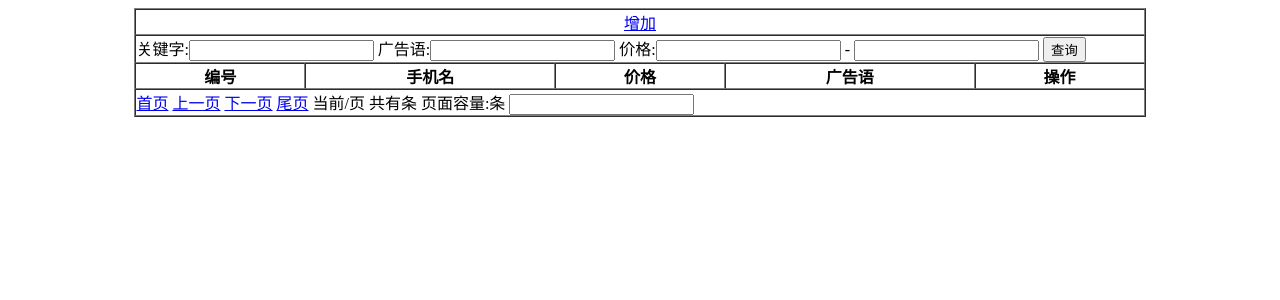
Repository: qyl1006/JavaCode
Page: http://localhost/task/WEB-INF/views/product/list.jsp
These files come from the project's save history. The page is drawn as it stood at one moment and after the next save; the edit follows.
The browser window is 1280 px wide. The pictures show the whole page.
The page is served by Tomcat 9. Nobody is signed in. Other server files are loaded and not shown. The template is opened directly, without the code that normally fills it, so the values that code supplies are empty.

Above is the page before, as saved 2018-03-14 10:33:19.

### workspace/task/webapp/WEB-INF/views/product/list.jsp
<%@ page language="java" contentType="text/html; charset=UTF-8"
    pageEncoding="UTF-8"%>
<!DOCTYPE html PUBLIC "-//W3C//DTD HTML 4.01 Transitional//EN" "http://www.w3.org/TR/html4/loose.dtd">
<%@ taglib prefix="c" uri="http://java.sun.com/jsp/jstl/core" %>
<html>
<head>
<meta http-equiv="Content-Type" content="text/html; charset=UTF-8">
<title>Insert title here</title>
</head>
<form action="/product" method="post" id="f1">
	<table align="center" border="1" cellpadding="0" cellspacing="0" width="80%">
		<tr align="center">
			<td colspan="5">
				<a href="/product?cmd=edit">增加</a>
			</td>
		</tr>

		<tr>
			<td colspan="5">
				关键字:<input type="text" name="name" value="${qo.name}"/>
				广告语:<input type="text" name="info" value="${qo.info}"/>
				价格:<input type="text" name="Minprice" value="${qo.minprice}"/> -
					<input type="text" name="Maxprice" value="${qo.maxprice}"/>
					<input type="submit" value="查询"/>
			</td>
		</tr>
		<tr align="center">
			<th>编号</th>
			<th>手机名</th>
			<th>价格</th>
			<th>广告语</th>
			<th>操作</th>
		</tr>

	<c:forEach items="${result.data}" var="p" varStatus="vs">
		<tr align="center" style="background-color: ${vs.count % 2 == 0 ? '' : 'red'}">
			<td>${p.id}</td>
			<td>${p.name}</td>
			<td>${p.price}</td>
			<td>${p.info}</td>
			<td>
				<a href="/product?cmd=edit&id=${p.id}">编辑</a>
				<a href="/product?cmd=delete&id=${p.id}">删除</a>
			</td>
		</tr>
	</c:forEach>

		<tr>
			<td colspan="5">
				<a href="/product?currentPage=1">首页</a>
				<a href="/product?currentPage=${result.prevPage}">上一页</a>
				<a href="/product?currentPage=${result.nextPage}">下一页</a>
				<a href="/product?currentPage=${result.endPage}">尾页</a>
				当前${result.currentPage}/${result.endPage}页
				共有${result.pageCount}条
				页面容量:${result.pageSize}条
				<input type="num"number" name="currentPage" value="${result.currentPage}"/>
			</td>
		</tr>
	</table>
</form>
<body>
</body>
</html>

After the next save:
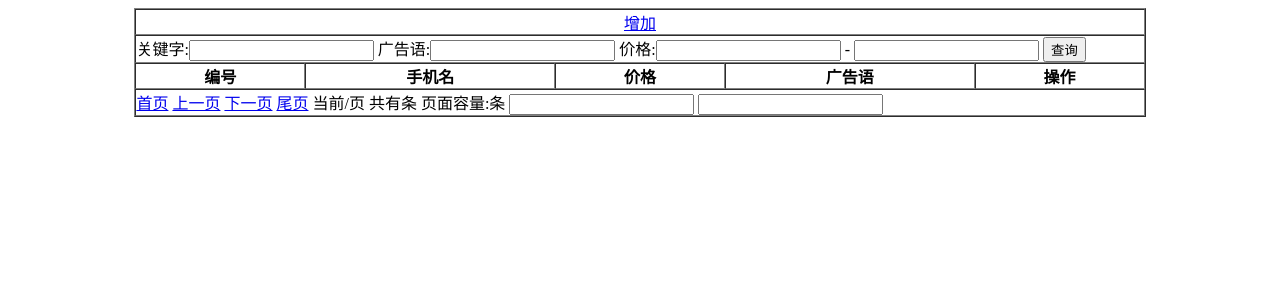
Saved 20 s later.
--- a/workspace/task/webapp/WEB-INF/views/product/list.jsp
+++ b/workspace/task/webapp/WEB-INF/views/product/list.jsp
@@ -55,6 +55,7 @@
 				共有${result.pageCount}条
 				页面容量:${result.pageSize}条
 				<input type="num"number" name="currentPage" value="${result.currentPage}"/>
+				<input type="number" value="GO"/>
 			</td>
 		</tr>
 	</table>
